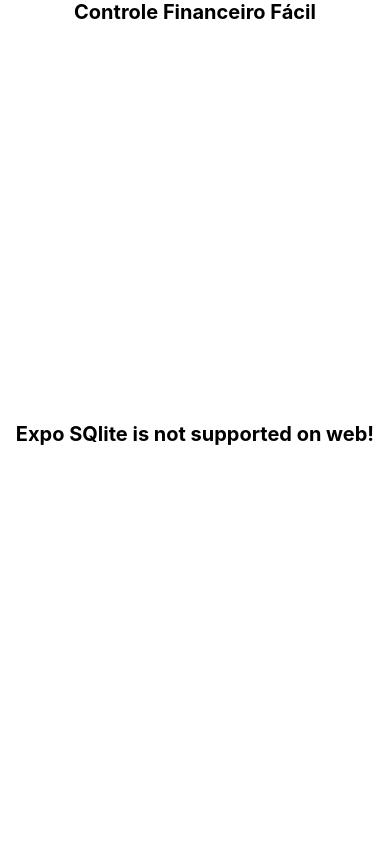
Repository: cristianoAbudu/controle-financeiro-facil
Screen: /
An editor plug-in stored every save of this project. The screen is shown before and after the next save, followed by the edit.
The app was drawn by React Native's web renderer in a window 390 px wide. The project was rebuilt for these pictures with package versions that can differ from the ones it lists, and the page was loaded fresh each time. Some packages were replaced by stand-ins written for this rebuild.

Above is the screen before, as saved 2023-11-17 19:28:42.

After the next save:
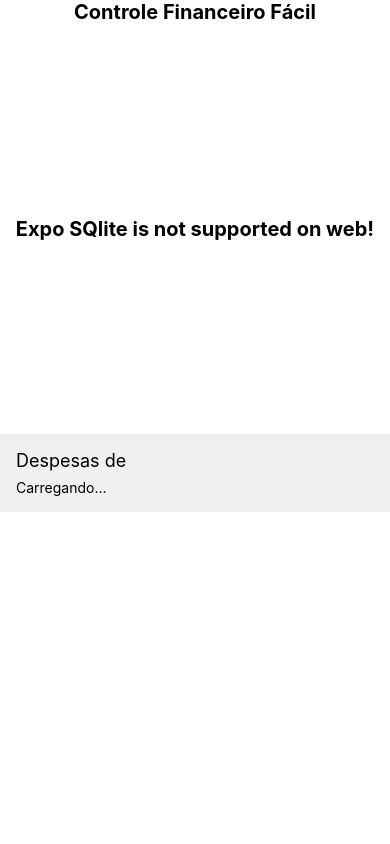
Saved 2 min 45 s later.
--- a/App.js
+++ b/App.js
@@ -292,16 +292,16 @@
               <Text style={{ color: "#fff" }}>Adicionar Categoria</Text>
             </TouchableOpacity>
           </View>
-          <ScrollView style={{ flex: 1 }}>
-            <Items
-              key={categoria}
-              categoria={categoria}
-              onPressItem={handlePressItem}
-              forceUpdate={handleForceUpdate}
-            />
-          </ScrollView>
         </>
       )}
+      <ScrollView style={{ flex: 1 }}>
+        <Items
+          key={categoria}
+          categoria={categoria}
+          onPressItem={handlePressItem}
+          forceUpdate={handleForceUpdate}
+        />
+      </ScrollView>
     </View>
   );
 }
